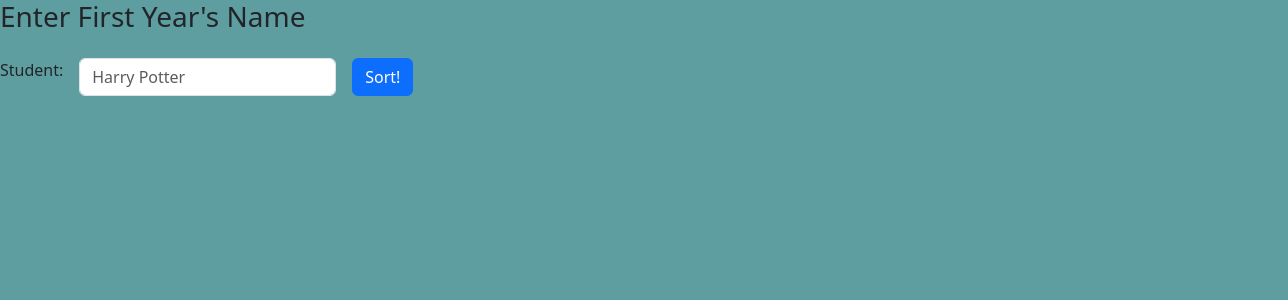
Repository: noahcallen/INDIVIDUAL-PROJECT-sorting-hat
Page: index.html
The author's editor kept a copy of each file at every save. The page is drawn from the files as they stood at one save, then again after the next save.
The browser window is 1280 px wide. The page is 1288 px wide, so the pictures cover 1288 px, including what lies to the right of the window. The pictures show the whole page.

Above is the page before, as saved 2024-07-27 11:02:54.

After the next save:
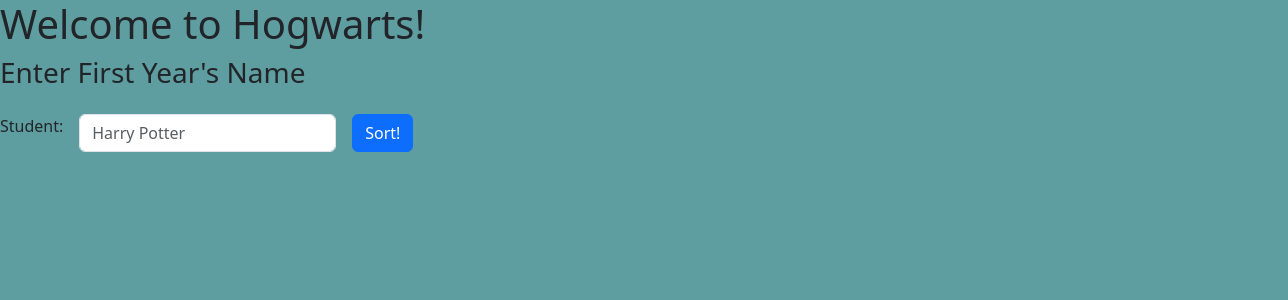
Saved 23 s later.
--- a/index.html
+++ b/index.html
@@ -8,6 +8,8 @@
   <link href="main.css" rel="stylesheet">
 </head>
 <body>
+<h1>Welcome to Hogwarts!</h1>
+
   <form class="row g-3">
     <h3>Enter First Year's Name</h3>
     <div class="col-auto">
